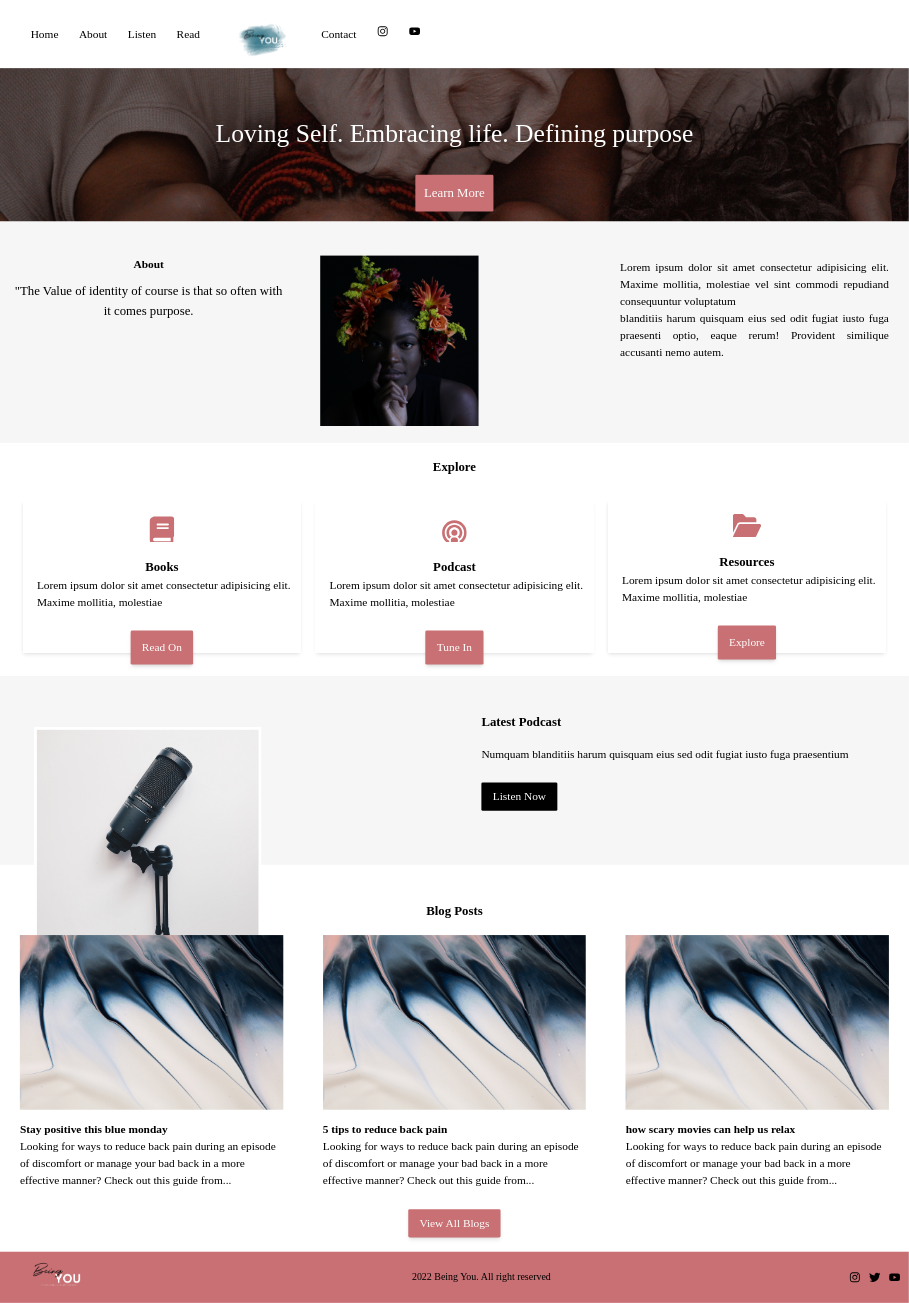
Repository: BrightonMboya/being-you
Page: /
An editor plug-in stored every save of this project. The page is shown before and after the next save, followed by the edit.
The browser window is 1280 px wide. The pictures show the whole page, at 71% of full size.
The project was rebuilt for these pictures with package versions that can differ from the ones it lists, and the page was loaded fresh each time.

Above is the page before, as saved 2022-05-29 11:44:02.

After the next save:
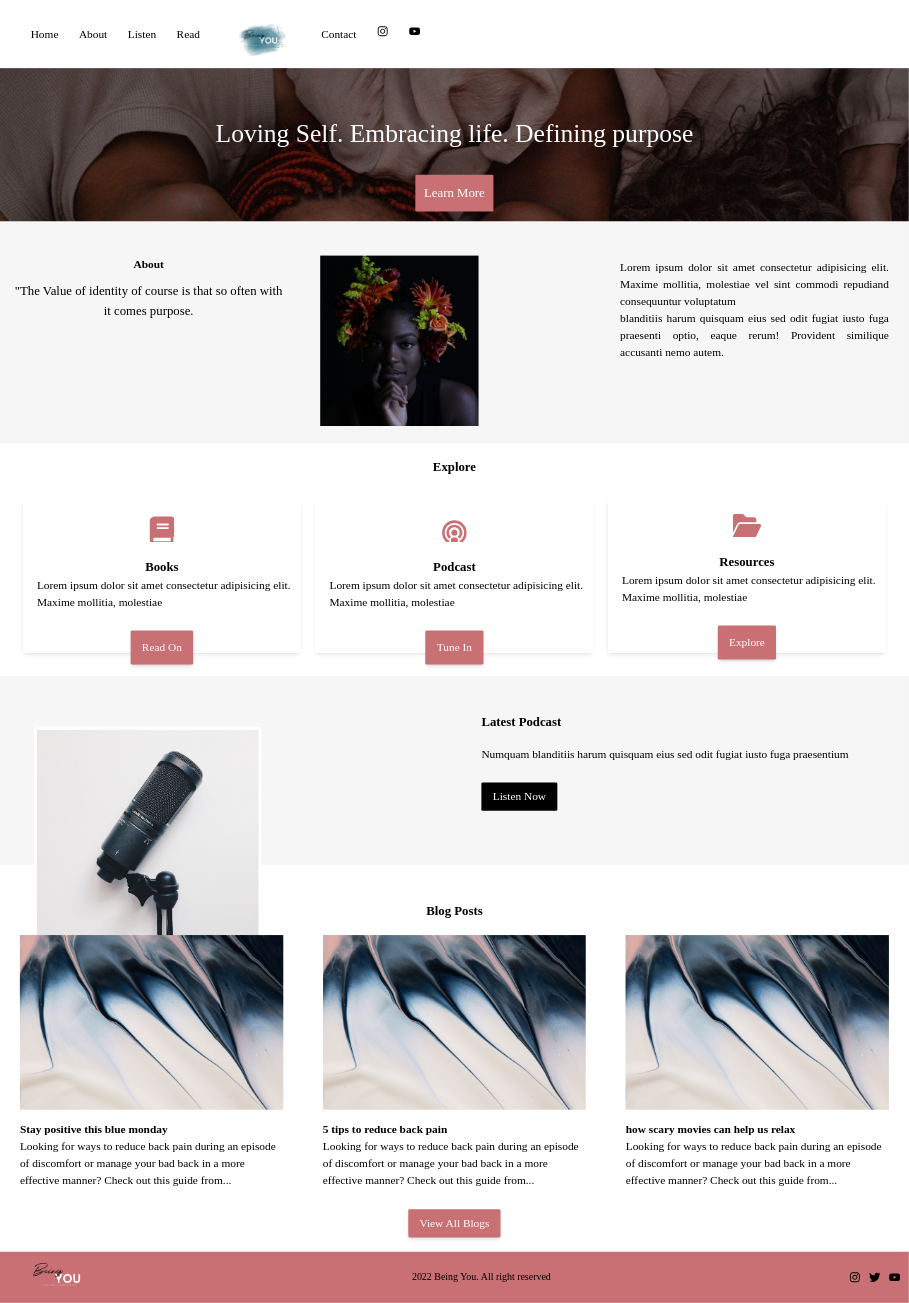
Saved 13 s later.
--- a/src/Components/Podcast/Podcast.jsx
+++ b/src/Components/Podcast/Podcast.jsx
@@ -8,7 +8,7 @@ const Podcast = () => {
         <img
           src={mic}
           alt=""
-          className="h-40 w-15 object-cover  mt-[10vh] border-4 border-white md:h-80 w-80 ml-12"
+          className="h-40 w-15 object-cover  mt-[10vh] border-4 border-white md:h-full w-80 ml-12"
         />
         <div className="mt-[7vh] ml-7">
           <h3 className="font-semibold md:text-lg">Latest Podcast</h3>
